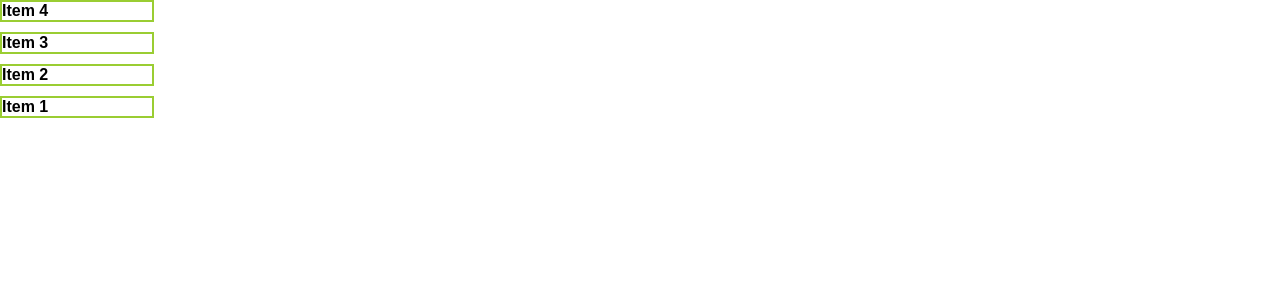
Repository: Elianmrey/TP1-Mobile-First
Page: EXERCISES/EX_2/index.html
The author's editor kept a copy of each file at every save. The page is drawn from the files as they stood at one save, then again after the next save.
The browser window is 1280 px wide. The pictures show the whole page.

Above is the page before, as saved 2024-08-04 21:22:31.

### EXERCISES/EX_2/index.html
<!DOCTYPE html>
<html lang="en">
<head>
  <link href="style.css" rel="stylesheet" type="text/css" />
  <meta charset="UTF-8">
  <meta name="viewport" content="width=device-width, initial-scale=1.0">
  <title>Document</title>
</head>
<body>
  <div class="container">
<div class="item">Item 1</div>
<div class="item">Item 2</div>
<div class="item">Item 3 </div>
<div class="item">Item 4</div>
  </div>

</body>
</html>

### EXERCISES/EX_2/style.css
body
{
margin: 0;
padding: 0;
}

.container
{
  display: flex;
  flex-direction: column-reverse;
  gap: 10px;
}

.item
{
display: flex;
width: 150px;
font-family: sans-serif;
font-weight: 600;
border: solid 2px yellowgreen;
}

After the next save:
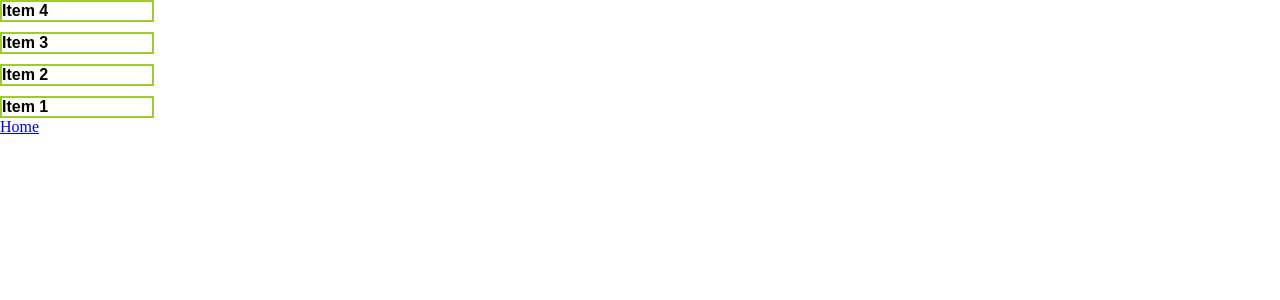
Saved 34 s later.
--- a/EXERCISES/EX_2/index.html
+++ b/EXERCISES/EX_2/index.html
@@ -13,6 +13,6 @@
 <div class="item">Item 3 </div>
 <div class="item">Item 4</div>
   </div>
-
+<a href="/../index.html">Home</a>
 </body>
 </html>
